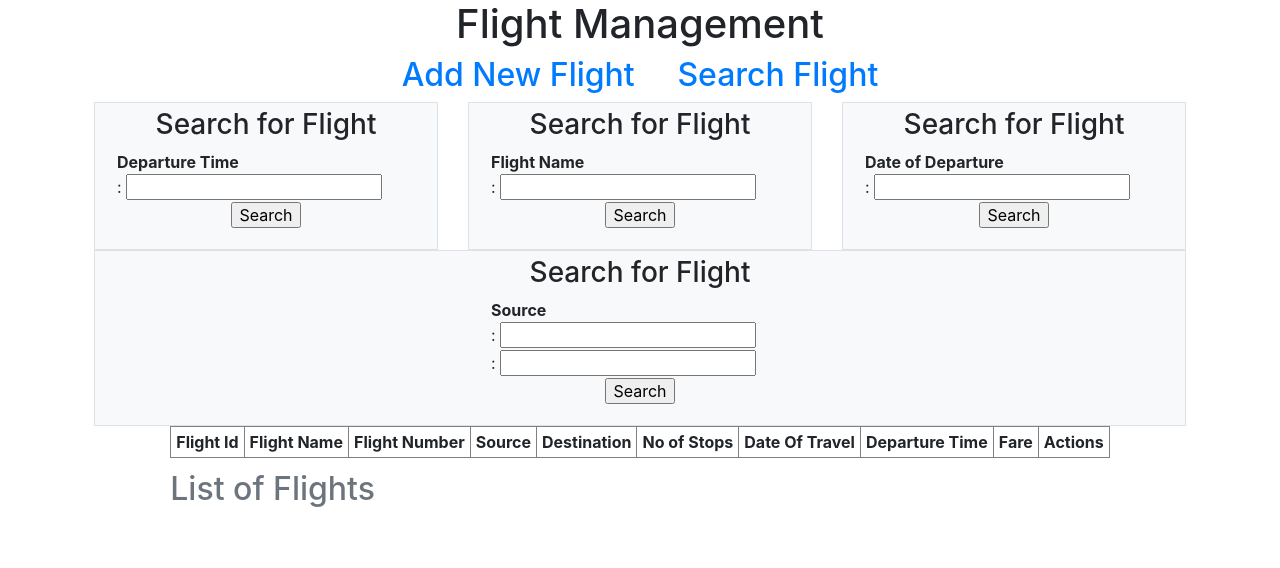
Repository: pawankas/Java_Mini_Project
Page: http://localhost/AirlineReservation/list
An editor plug-in stored every save of this project. The page is shown before and after the next save, followed by the edit.
The browser window is 1280 px wide. The pictures show the whole page.
The page is served by Tomcat 9. Other server files are loaded and not shown. Queries for data that is not in the repository find no rows.

Above is the page before, as saved 2022-03-18 08:35:56.

### AirlineReservation/WebContent/FlightList.jsp
<%@ page language="java" contentType="text/html; charset=UTF-8"
	pageEncoding="UTF-8"%>
<%@ taglib uri="http://java.sun.com/jsp/jstl/core" prefix="c"%>
<html>
<head>
<title>Flight Reservation System</title>


<link rel="stylesheet"
	href="https://maxcdn.bootstrapcdn.com/bootstrap/4.5.2/css/bootstrap.min.css">
<script
	src="https://ajax.googleapis.com/ajax/libs/jquery/3.5.1/jquery.min.js"></script>
<script
	src="https://cdnjs.cloudflare.com/ajax/libs/popper.js/1.16.0/umd/popper.min.js"></script>
<script
	src="https://maxcdn.bootstrapcdn.com/bootstrap/4.5.2/js/bootstrap.min.js"></script>
</head>
<body>
	<center>
		<h1>Flight Management</h1>
		<h2>
			<a href="new">Add New Flight</a> &nbsp;&nbsp;&nbsp; <a
				href="search.jsp">Search Flight</a>

		</h2>
	</center>

	<div class="container px-4">
		<div class="row gx-5">
			<div class="col">
				<div class="p-1 border bg-light">
					<form method="post" action="SearchByTime">
						<table border="0" width="300" align="center">
							<tr>
								<td colspan=2 style="font-size: 12pt;" align="center">
									<h3>Search for Flight</h3>
								</td>
							</tr>
							<tr>
								<td><b>Departure Time</b></td>
							</tr>
							<tr>
							<td>: <input type="text" name="time" id="time">
								</td>
							</tr>
							<tr>
								<td colspan=2 align="center"><input type="submit"
									value="Search"></td>
							</tr>
						</table>
					</form>
				</div>
			</div>
			<div class="col">
				<div class="p-1 border bg-light">
					<form method="post" action="SearchByName">
						<table border="0" width="300" align="center">
							<tr>
								<td colspan=2 style="font-size: 12pt;" align="center">
									<h3>Search for Flight</h3>
								</td>
							</tr>
							<tr>
								<tr>
								<td><b>Flight Name</b></td>
							</tr>
								<td>: <input type="text" name="flightName" id="flightName">
								</td>
							</tr>
							<tr>
								<td colspan=2 align="center"><input type="submit"
									value="Search"></td>
							</tr>
						</table>
					</form>
				</div>
			</div>
	<!-- 		<div class="col">
				<div class="p-1 border bg-light">
					<form method="post" action="SearchBySource">
						<table border="0" width="300" align="center">
							<tr>
								<td colspan=2 style="font-size: 12pt;" align="center">
									<h3>Search for Flight</h3>
								</td>
							</tr>
							<tr>
								<tr>
								<td><b>Source</b></td>
							</tr>
								<td>: <input type="text" name="source" id="source">
								</td>
							</tr>
							<tr>
								<td colspan=2 align="center"><input type="submit"
									value="Search"></td>
							</tr>
						</table>
					</form>
				</div>
			</div> -->

<!-- 			<div class="col">
				<div class="p-1 border bg-light">
					<form method="post" action="SearchByDestination">
						<table border="0" width="300" align="center">
							<tr>
								<td colspan=2 style="font-size: 12pt;" align="center">
									<h3>Search for Flight</h3>
								</td>
							</tr>
							<tr>
								<tr>
								<td><b>Destination</b></td>
							</tr>
								<td>: <input type="text" name="destination" id="destination">
								</td>
							</tr>
							<tr>
								<td colspan=2 align="center"><input type="submit"
									value="Search"></td>
							</tr>
						</table>
					</form>
				</div>
			</div> -->

			<div class="col">
				<div class="p-1 border bg-light">
					<form method="post" action="SearchByDate">
						<table border="0" width="300" align="center">
							<tr>
								<td colspan=2 style="font-size: 12pt;" align="center">
									<h3>Search for Flight</h3>
								</td>
							</tr>
							<tr>
								<tr>
								<td><b>Date of Departure</b></td>
							</tr>
								<td>: <input type="text" name="date" id="date">
								</td>
							</tr>
							<tr>
								<td colspan=2 align="center"><input type="submit"
									value="Search"></td>
							</tr>
						</table>
					</form>
				</div>
			</div>

			<div class="col">
				<div class="p-1 border bg-light">
					<form method="post" action="SearchBySourceAndDestination">
						<table border="0" width="300" align="center">
							<tr>
								<td colspan=2 style="font-size: 12pt;" align="center">
									<h3>Search for Flight</h3>
								</td>
							</tr>
							<tr>
								<tr>
								<td><b>Source</b></td>
							</tr>
								<td>: <input type="text" name="source" id="source">
								</td>
							</tr>
							</tr>
								<td>: <input type="text" name="destination" id="destination">
								</td>
							</tr>
							<tr>
								<td colspan=2 align="center"><input type="submit"
									value="Search"></td>
							</tr>
						</table>
					</form>
				</div>
			</div>

		</div>
	</div>







	<div align="center">
		<table border="1" cellpadding="5">
			<caption>
				<h2>List of Flights</h2>
			</caption>
			<tr>
				<th>Flight Id</th>
				<th>Flight Name</th>
				<th>Flight Number</th>
				<th>Source</th>
				<th>Destination</th>
				<th>No of Stops</th>
				<th>Date Of Travel</th>
				<th>Departure Time</th>
				<th>Fare</th>
				<th>Actions</th>
			</tr>
			<c:forEach var="flight" items="${FlightList}">

				<tr>
					<td><c:out value="${flight.flightId}" /></td>
					<td><c:out value="${flight.flightName}" /></td>
					<td><c:out value="${flight.flightNumber}" /></td>
					<td><c:out value="${flight.source}" /></td>
					<td><c:out value="${flight.destination}" /></td>
					<td><c:out value="${flight.noOfStops}" /></td>
					<td><c:out value="${flight.date}" /></td>
					<td><c:out value="${flight.time}" /></td>
					<td><c:out value="${flight.price}" /></td>
					<td><a
						href="edit?flightId=<c:out value='${flight.flightId}' />">Edit</a>
						&nbsp;&nbsp;&nbsp;&nbsp; <a
						href="delete?flightId=<c:out value='${flight.flightId}' />">Delete</a>
					</td>
				</tr>
			</c:forEach>

		</table>
	</div>
</body>
</html>

### AirlineReservation/src/com/cybage/controller/FlightControllerServlet.java
package com.cybage.controller;

import java.io.IOException;
import java.io.PrintWriter;
import java.sql.Connection;
import java.sql.DriverManager;
import java.sql.ResultSet;
import java.sql.SQLException;
import java.sql.Statement;
import java.text.SimpleDateFormat;
import java.util.ArrayList;
import java.util.Date;
import java.util.List;

import javax.servlet.RequestDispatcher;
import javax.servlet.ServletException;
import javax.servlet.annotation.WebServlet;
import javax.servlet.http.HttpServlet;
import javax.servlet.http.HttpServletRequest;
import javax.servlet.http.HttpServletResponse;

import com.cybage.dao.FlightDao;
import com.cybage.model.Flight;

@WebServlet("/")
public class FlightControllerServlet extends HttpServlet {
	private static final long serialVersionUID = 1L;
	private FlightDao flightDao;

	public void init() {
		flightDao = new FlightDao();
	}

	protected void doPost(HttpServletRequest request, HttpServletResponse response)
			throws ServletException, IOException {
		doGet(request, response);
	}

	protected void doGet(HttpServletRequest request, HttpServletResponse response)
			throws ServletException, IOException {
		String action = request.getServletPath();

		try {
			switch (action) {
			case "/new":
				showNewForm(request, response);
				break;
			case "/insert":
				insertFlight(request, response);
				break;
			case "/delete":
				deleteFlight(request, response);
				break;
			case "/edit":
				showEditForm(request, response);
				break;
			case "/update":
				updateFlight(request, response);
				break;
			case "/uflist":
				userFlightList(request, response);
				break;
			case "/SearchByTime":
				searchFlightByDepartureTime(request, response);
				break;
			case "/SearchByName":
				searchFlightByFlightName(request, response);
				break;
//			case "/SearchBySource":
//				searchFlightBySource(request, response);
//				break;
//			case "/SearchByDestination":
//				searchFlightByDestination(request, response);
//				break;
			case "/SearchByDate":
				searchFlightByDate(request, response);
				break;
			case "/SearchBySourceAndDestination":
				searchFlightBySourceAndDestination(request, response);
				break;
			default:
				FlightList(request, response);
				break;
			}
		} catch (SQLException ex) {
			throw new ServletException(ex);
		}
	}

	private void FlightList(HttpServletRequest request, HttpServletResponse response)
			throws SQLException, IOException, ServletException {
		List<Flight> FlightList = flightDao.selectAllFlights();
		request.setAttribute("FlightList", FlightList);
		RequestDispatcher dispatcher = request.getRequestDispatcher("FlightList.jsp");
		dispatcher.forward(request, response);
	}

	private void userFlightList(HttpServletRequest request, HttpServletResponse response)
			throws SQLException, IOException, ServletException {
		List<Flight> FlightList = flightDao.selectAllFlights();
		request.setAttribute("FlightList", FlightList);
		RequestDispatcher dispatcher = request.getRequestDispatcher("userHome.jsp");
		dispatcher.forward(request, response);
	}

	private void showNewForm(HttpServletRequest request, HttpServletResponse response)
			throws ServletException, IOException {
		RequestDispatcher dispatcher = request.getRequestDispatcher("FlightForm.jsp");
		dispatcher.forward(request, response);
	}

	private void showEditForm(HttpServletRequest request, HttpServletResponse response)
			throws SQLException, ServletException, IOException {
		int flightId = Integer.parseInt(request.getParameter("flightId"));
		Flight existingFlight = flightDao.selectFlight(flightId);
		RequestDispatcher dispatcher = request.getRequestDispatcher("UpdateForm.jsp");
		request.setAttribute("flight", existingFlight);
		dispatcher.forward(request, response);

	}

	private void insertFlight(HttpServletRequest request, HttpServletResponse response)
			throws SQLException, IOException {
		String flightName = request.getParameter("flightName");
		String flightNumber = request.getParameter("flightNumber");
		String source = request.getParameter("source");
		String destination = request.getParameter("destination");
		String noOfStops = request.getParameter("noOfStops");
		String date = request.getParameter("date");
		String time = request.getParameter("time");
		double price = Double.parseDouble(request.getParameter("price"));
		Flight newFlight = new Flight(flightName, flightNumber, source, destination, noOfStops, date, time, price);
		flightDao.insertFlight(newFlight);
		response.sendRedirect("list");
	}

	private void updateFlight(HttpServletRequest request, HttpServletResponse response)
			throws IOException, SQLException {
		int flightId = Integer.parseInt(request.getParameter("flightId"));
		String flightName = request.getParameter("flightName");
		String flightNumber = request.getParameter("flightNumber");
		String source = request.getParameter("source");
		String destination = request.getParameter("destination");
		String noOfStops = request.getParameter("noOfStops");
		String date = request.getParameter("date");
		String time = request.getParameter("time");
		double price = Double.parseDouble(request.getParameter("price"));

		Flight flight = new Flight(flightId, flightName, flightNumber, source, destination, noOfStops, date, time,
				price);
		flightDao.updateFlight(flight);

		response.sendRedirect("list");
	}

	public void searchFlightByDepartureTime(HttpServletRequest request, HttpServletResponse response) throws IOException, ServletException {
		response.setContentType("text/html");
			PrintWriter out = response.getWriter();
			String time = request.getParameter("time");
			List<Flight> flightList = flightDao.searchFlightByDepartureTime(time);
			request.setAttribute("flightList", flightList);
			RequestDispatcher view = request.getRequestDispatcher("SearchView.jsp");
			view.forward(request, response);
	}

//	public void searchFlightBySource(HttpServletRequest request, HttpServletResponse response) throws IOException, ServletException {
//		response.setContentType("text/html");
//			PrintWriter out = response.getWriter();
//			String source = request.getParameter("source");
//			List<Flight> flightList = flightDao.searchFlightBySource(source);
//			request.setAttribute("flightList", flightList);
//			RequestDispatcher view = request.getRequestDispatcher("SearchView.jsp");
//			view.forward(request, response);
//	}

//	public void searchFlightByDestination(HttpServletRequest request, HttpServletResponse response) throws IOException, ServletException {
//		response.setContentType("text/html");
//			PrintWriter out = response.getWriter();
//			String destination = request.getParameter("destination");
//			List<Flight> flightList = flightDao.searchFlightByDestination(destination);
//			request.setAttribute("flightList", flightList);
//			RequestDispatcher view = request.getRequestDispatcher("SearchView.jsp");
//			view.forward(request, response);
//	}

	public void searchFlightBySourceAndDestination(HttpServletRequest request, HttpServletResponse response) throws IOException, ServletException {
		response.setContentType("text/html");
			PrintWriter out = response.getWriter();
			String source = request.getParameter("source");
			String destination = request.getParameter("destination");
			List<Flight> flightList = flightDao.searchFlightBySourceAndDestination(source , destination);
			request.setAttribute("flightList", flightList);
			RequestDispatcher view = request.getRequestDispatcher("SearchView.jsp");
			view.forward(request, response);
	}

	public void searchFlightByDate(HttpServletRequest request, HttpServletResponse response) throws IOException, ServletException {
		response.setContentType("text/html");
			PrintWriter out = response.getWriter();
			String date = request.getParameter("date");
			List<Flight> flightList = flightDao.searchFlightByDate(date);
			request.setAttribute("flightList", flightList);
			RequestDispatcher view = request.getRequestDispatcher("SearchView.jsp");
			view.forward(request, response);
	}

	public void searchFlightByFlightName(HttpServletRequest request, HttpServletResponse response) throws IOException, ServletException {
		response.setContentType("text/html");
			PrintWriter out = response.getWriter();
			String flightName = request.getParameter("flightName");
			List<Flight> flightList = flightDao.searchFlightByFlightName(flightName);
			request.setAttribute("flightList", flightList);
			RequestDispatcher view = request.getRequestDispatcher("SearchView.jsp");
			view.forward(request, response);
	}

	private void deleteFlight(HttpServletRequest request, HttpServletResponse response)
			throws SQLException, IOException {
		System.out.println(request.getParameter("flightId"));
		try {
			int flightId = Integer.parseInt(request.getParameter("flightId"));
			flightDao.deleteFlight(flightId);

		} catch (NumberFormatException e) {
			// TODO Auto-generated catch block
			e.printStackTrace();
		}
		response.sendRedirect("list");
	}

}

After the next save:
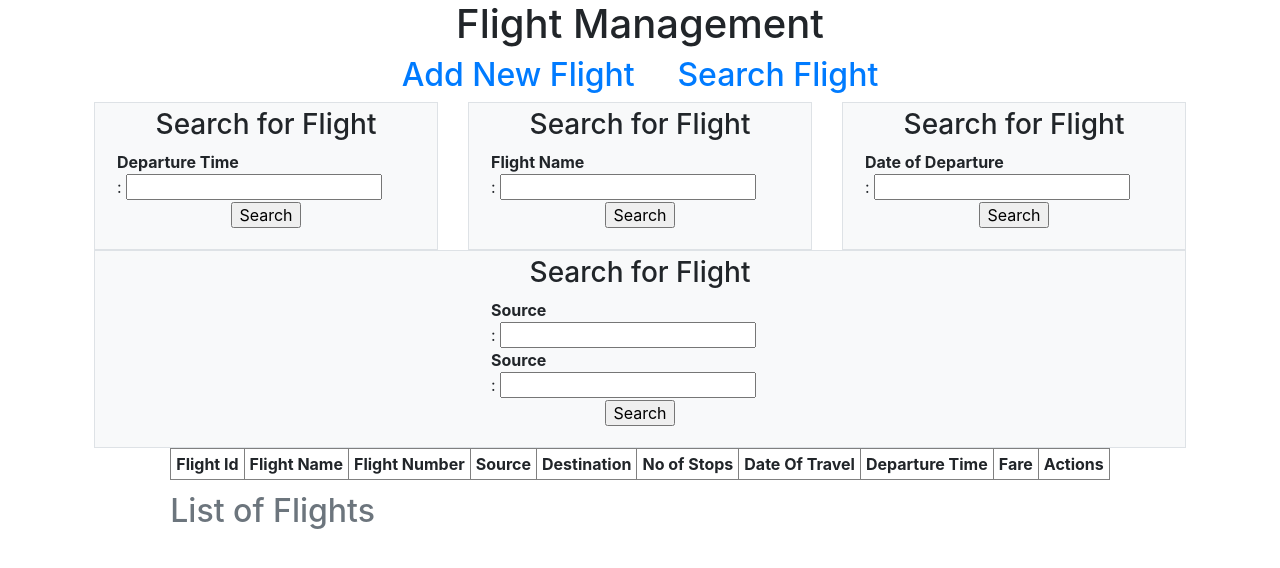
Saved 18 s later.
--- a/AirlineReservation/WebContent/FlightList.jsp
+++ b/AirlineReservation/WebContent/FlightList.jsp
@@ -165,6 +165,9 @@
 							</tr>
 								<td>: <input type="text" name="source" id="source">
 								</td>
+							</tr>
+							<tr>
+								<td><b>Source</b></td>
 							</tr>
 							</tr>
 								<td>: <input type="text" name="destination" id="destination">
